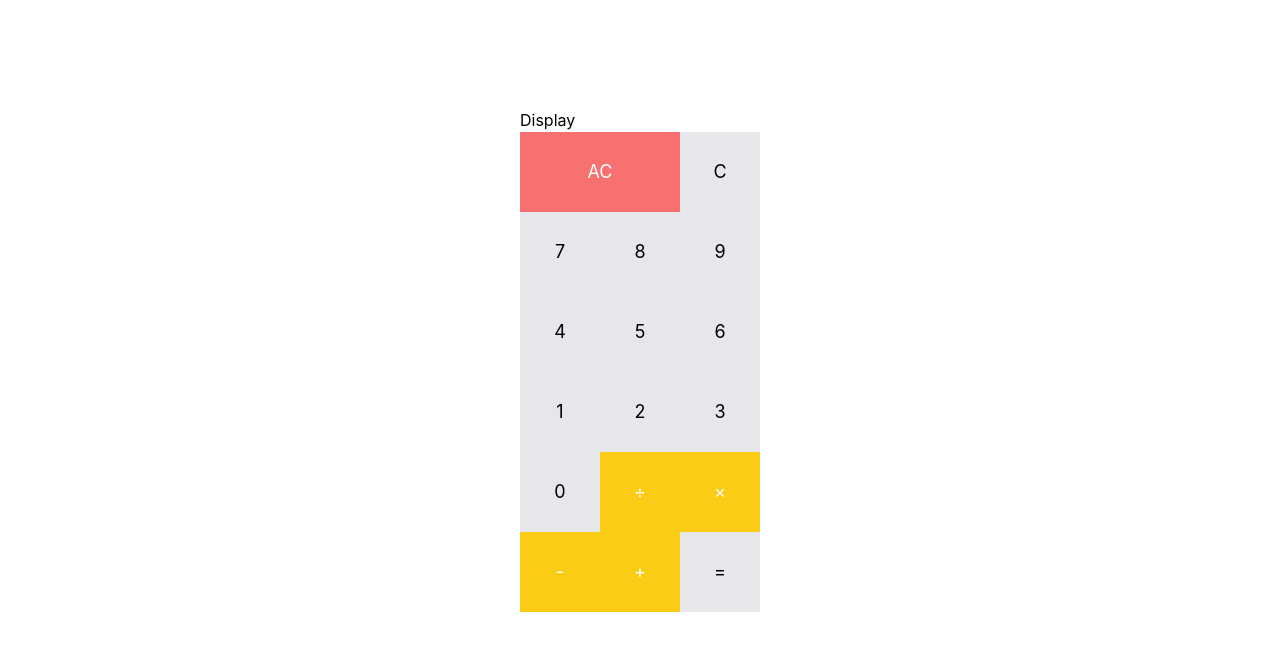
Repository: BrianPhamDev/calculator_app
Page: /
The author's editor kept a copy of each file at every save. The page is drawn from the files as they stood at one save, then again after the next save.
The browser window is 1280 px wide. The pictures show the whole page.
The project was rebuilt for these pictures with package versions that can differ from the ones it lists, and the page was loaded fresh each time. Also part of the build but not shown: vite.config.js.

Above is the page before, as saved 2024-01-09 14:29:40.

After the next save:
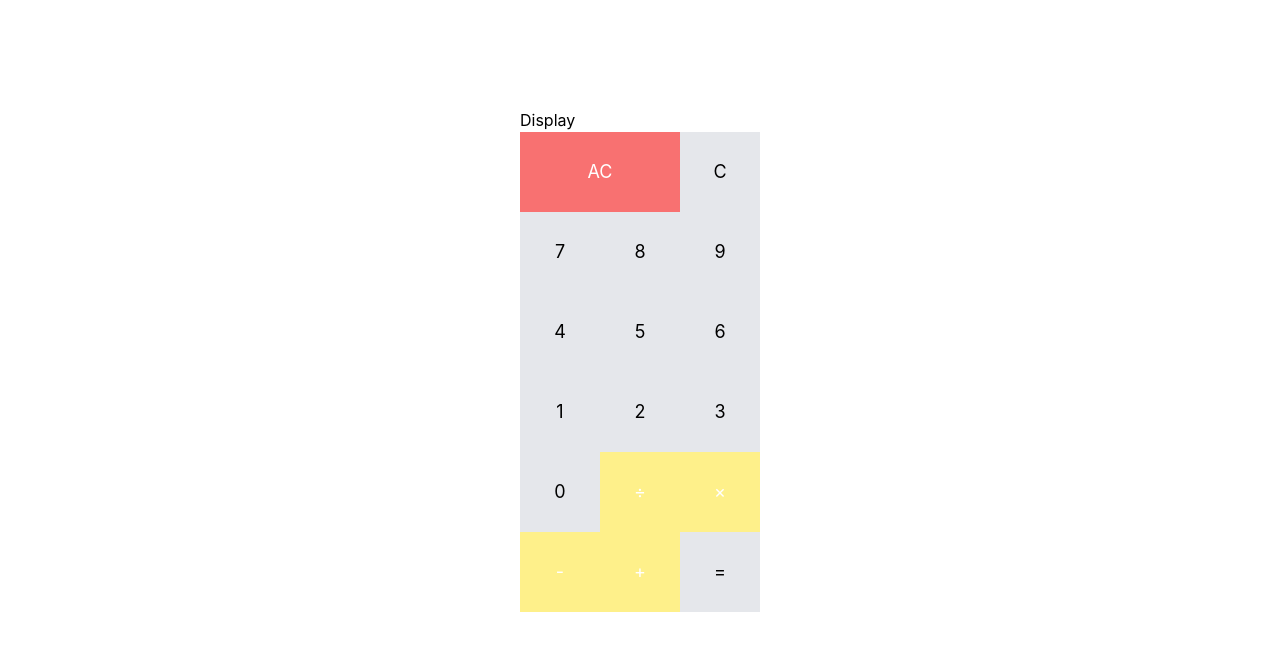
Saved 6 s later.
--- a/src/components/Calculator.jsx
+++ b/src/components/Calculator.jsx
@@ -2,7 +2,7 @@ import { calculatorButtons } from "../globals/calculator-button-data";
 
 const Calculator = () => {
   const specialTypes = {
-    operator: "bg-yellow-400 text-white",
+    operator: "bg-yellow-200 text-white",
   };
   const specialClasses = {
     ac: "col-span-2 w-40 bg-red-400 text-white",
